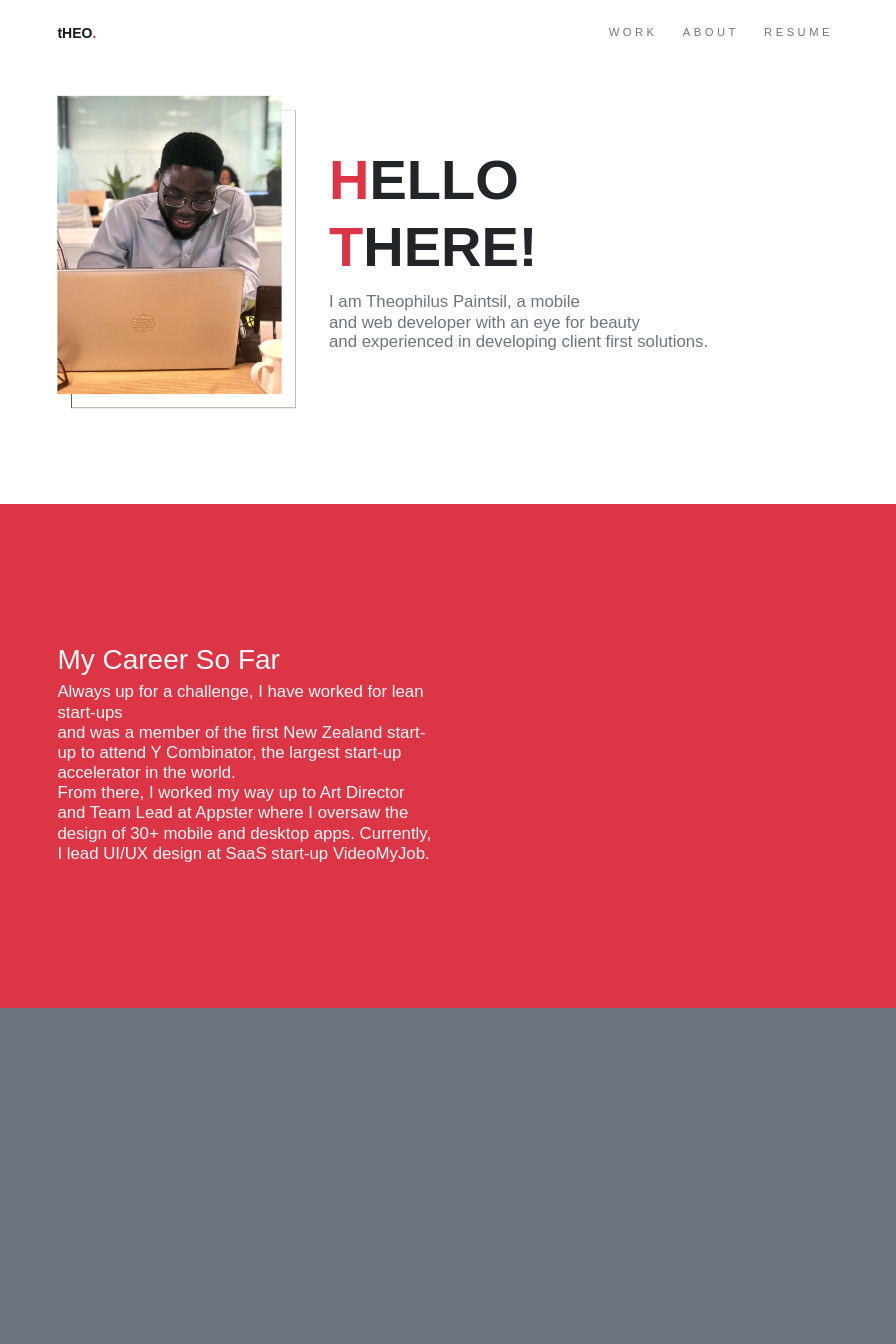
Repository: tHEO2k17/portfolio
Page: /
The author's editor kept a copy of each file at every save. The page is drawn from the files as they stood at one save, then again after the next save.
The browser window is 1280 px wide. The pictures show the part of the page from y = 0 to 1920 px (the page is 3000 px tall), at 70% of full size.
The project was rebuilt for these pictures with package versions that can differ from the ones it lists, and the page was loaded fresh each time.

Above is the page before, as saved 2021-07-22 10:15:47.

### public/index.html
<!DOCTYPE html>
<html lang="en">
  <head>
    <meta charset="utf-8" />
    <link rel="icon" href="%PUBLIC_URL%/favicon.ico" />
    <meta name="viewport" content="width=device-width, initial-scale=1" />
    <meta name="theme-color" content="#000000" />
    <meta
      name="description"
      content="Web site created using create-react-app"
    />
    <link rel="apple-touch-icon" href="%PUBLIC_URL%/logo192.png" />
    <link rel="manifest" href="%PUBLIC_URL%/manifest.json" />
    <title>Theophilus Paintsil - Portfolio</title>
  </head>
  <body>
    <noscript>You need to enable JavaScript to run this app.</noscript>
    <div id="root"></div>
  </body>
</html>

### src/index.tsx
import React from 'react';
import ReactDOM from 'react-dom';
import './index.scss';
import App from './presentation/App';

ReactDOM.render(
  <React.StrictMode>
    <App />
  </React.StrictMode>,
  document.getElementById('root')
);

### src/index.scss
@import '~bootstrap/scss/bootstrap.scss';

body{
    font-family: Arial, Helvetica, sans-serif;
}
// Navbar
.navbar-light .navbar-nav{
    padding: 1.2rem 0rem;
}

.navbar-light .navbar-nav .nav-link {
   letter-spacing: 5px;
//    font-size: 14px;
}

.navbar-light .navbar-nav .nav-link:not(:last-child) {
    margin-right: 20px;
 }

### src/presentation/App.tsx
import React from 'react';
import { Switch, Route, BrowserRouter as Router, } from 'react-router-dom';
import HomePage from './pages/HomePage';

function App() {
  return (
    <Router>
      <Switch>
        <Route exact path="/" component={HomePage} />
      </Switch>
    </Router>
  );
}

export default App;

### src/presentation/pages/HomePage.tsx
import { Col, Container, Nav, Navbar, Row, Image } from "react-bootstrap";

export default function HomePage() {
    return (
        <>
            <Navbar expand="lg" fixed="top" variant="light">
                <Container>
                    <Navbar.Brand href="#home">
                        <span className="fw-bold">tHEO<b className="text-danger">.</b></span>
                    </Navbar.Brand>
                    <Navbar.Toggle />
                    <Navbar.Collapse>
                        <Nav className="ms-auto">
                            <Nav.Link href="#home">WORK</Nav.Link>
                            <Nav.Link href="#home">ABOUT</Nav.Link>
                            <Nav.Link href="#link">RESUME</Nav.Link>
                        </Nav>
                    </Navbar.Collapse>
                </Container>
            </Navbar>

            <header className="min-vh-100">
                <Container>
                    <Row className="align-items-center min-vh-100 my-auto gx-5">
                        <Col md="4"> <Image src="assets/images/theo.png" fluid /> </Col>
                        <Col>
                            <h1 className="display-1 fw-bold">
                                <b className="text-danger">H</b>ELLO <br />
                                <b className="text-danger">T</b>HERE!
                            </h1>
                            <h4 className="fw-light text-muted mt-3">
                                I am Theophilus Paintsil, a mobile <br />
                                and web developer with an eye for beauty <br />
                                and experienced in developing client first solutions.
                            </h4>
                        </Col>
                    </Row>
                </Container>
            </header>

            <section className="bg-danger min-vh-100">
                {/* skills and tools */}
                <Container>
                    <Row className="align-items-center min-vh-100 my-auto gx-5 text-light">
                        <Col>
                            <h1>My Career So Far</h1>
                            <h4>
                                Always up for a challenge, I have worked for lean start-ups<br />
                                and was a member of the first New Zealand start-up to attend Y Combinator,
                                the largest start-up accelerator in the world. <br />
                                From there, I worked my way up to Art Director and Team Lead at Appster where
                                I oversaw the design of 30+ mobile and desktop apps. Currently,
                                I lead UI/UX design at SaaS start-up VideoMyJob.
                            </h4>
                        </Col>
                        <Col></Col>
                    </Row>
                </Container>
            </section>

            <section className="bg-secondary min-vh-100">
                {/* employment history */}
            </section>

            <section className="bg-light min-vh-100">
                {/* work gallery */}
            </section>

            <footer className="bg-dark text-white">
                <Container className="py-5">
                    <Row>
                        <Col>&copy; {new Date().getFullYear()} Theophilus Paintsil. All rights reserved </Col>
                    </Row>
                </Container>
            </footer>

        </>
    );
}

After the next save:
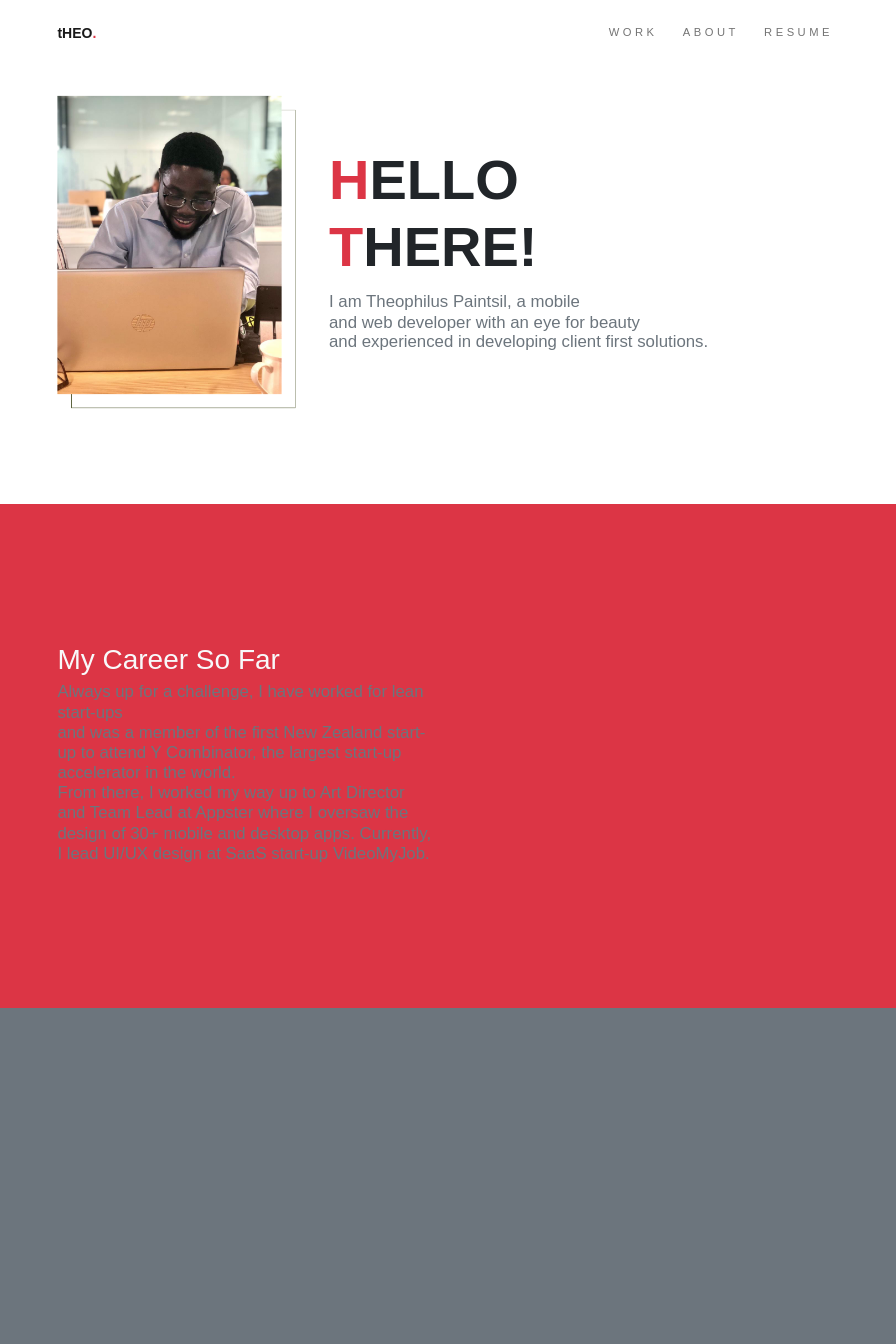
Saved 11 s later.
--- a/src/presentation/pages/HomePage.tsx
+++ b/src/presentation/pages/HomePage.tsx
@@ -44,7 +44,7 @@ export default function HomePage() {
                     <Row className="align-items-center min-vh-100 my-auto gx-5 text-light">
                         <Col>
                             <h1>My Career So Far</h1>
-                            <h4>
+                            <h4 className="text-muted">
                                 Always up for a challenge, I have worked for lean start-ups<br />
                                 and was a member of the first New Zealand start-up to attend Y Combinator,
                                 the largest start-up accelerator in the world. <br />
